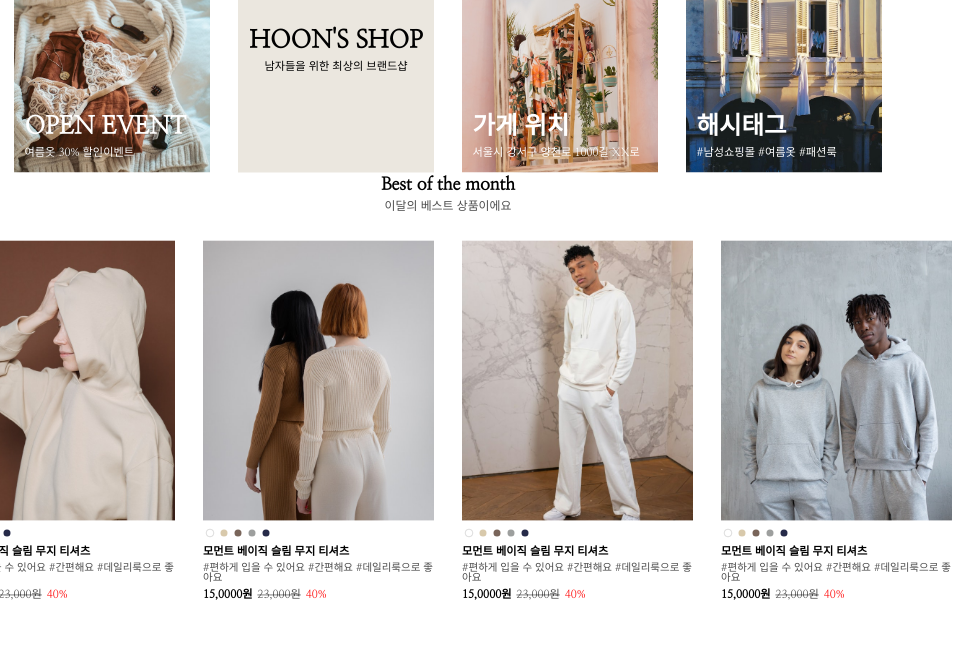
Repository: Iimchaehoon/cafeProject
Page: src/index.html
These files come from the project's save history. The page is drawn as it stood at one moment and after the next save; the edit follows.
The browser window is 1280 px wide. The page is 1380 px wide, then 1280 px, then 1380 px, so the pictures cover 1380 px, including what lies to the right of the window. The pictures show the part of the page from y = 828 to 2588 px (the page is 1762 px tall before and 3140 px after), at 70% of full size.
Some web libraries are served in a nearby version.

Above is the page before, as saved 2024-07-24 23:15:11.

### src/index.html
<!DOCTYPE html>
<html lang="en">
  <head>
    <meta charset="UTF-8" />
    <meta name="viewport" content="width=device-width, initial-scale=1.0" />
    <link rel="shortcut icon" href="/assets/cafefav.png" type="image/x-icon" />

    <link rel="stylesheet" href="/src/css/pages/main.css" />
    <title>cafe24_clone</title>
    <script
      src="https://kit.fontawesome.com/1e606f2a97.js"
      crossorigin="anonymous"
    ></script>
  </head>
  <body>
    <!--header-->
    <header class="header">
      <div class="header__top">
        <nav class="header__nav-box">
          <ul class="header__list-box">
            <li class="header__content">BRAND</li>
            <li class="header__content">EVENT</li>
            <li class="header__content">LOOKBOOK</li>
            <li class="header__content">COMMUNITY</li>
          </ul>
        </nav>
        <h1 class="header__title">HOON'S SHOP</h1>
        <ul class="header__menu">
          <li class="header__content">
            <i class="fa-solid fa-magnifying-glass fa-lg"></i>
          </li>
          <li class="header__content header__content--badge-price">
            <div class="header__price-badge"><span>+2,000P</span></div>
            <i class="fa-regular fa-user fa-lg"></i>
          </li>
          <li class="header__content header__content--badge-box">
            <div class="header__cart-badge"><span>2</span></div>
            <i class="fa-solid fa-cart-shopping fa-lg"></i>
          </li>
          <li class="header__content">
            <i class="fa-solid fa-bars fa-lg"></i>
          </li>
        </ul>
      </div>

      <div class="header__bottom">
        <ul class="header__category">
          <li class="header__content">BEST</li>
          <li class="header__content">NEW5%</li>
          <li class="header__content">1+1</li>
          <li class="header__content">OUTER</li>
          <li class="header__content">TOP</li>
          <li class="header__content">SHIRTS</li>
          <li class="header__content">DRESS</li>
          <li class="header__content">PANTS</li>
          <li class="header__content">ACC</li>
        </ul>
      </div>
    </header>
    <!-- main  -->
    <main class="main">
      <section class="main__slider">
        <h2 class="main__slider-title">MAN'S CLOTHES</h2>
        <span class="main__slider-btn"
          ><i class="fa-solid fa-chevron-left fa-xl"></i
        ></span>

        <div class="main__slider-container">
          <span class="main__slider-text">STYLE IN EVERY DAY</span>
          <div class="main__slider-image-container">
            <img
              class="main__slider-image"
              src="/assets/main-slider.jpg"
              alt="main-slider_img"
            />
          </div>
          <span class="main__slider-text">FOR SPRING SET-UP</span>
        </div>

        <span class="main__slider-btn"
          ><i class="fa-solid fa-chevron-right fa-xl"></i
        ></span>
        <div class="main__progress-bar">
          <div
            class="main__progress-bar-item main__progress-bar-item--visible"
          ></div>
          <div
            class="main__progress-bar-item main__progress-bar-item--invisible"
          ></div>
          <div
            class="main__progress-bar-item main__progress-bar-item--invisible"
          ></div>
        </div>
      </section>
    </main>
    <!-- section -->
    <section class="main__introduction">
      <div class="main__intro-container-img">
        <img class="main__intro-image" src="/assets/intro-01.jpg" alt="" />
        <div class="main__intro-text-container">
          <h2 class="main__intro-title">OPEN EVENT</h2>
          <span class="main__intro-description">여름옷 30% 할인이벤트</span>
        </div>
      </div>
      <div class="main__intro-container">
        <h2 class="main__intro-title main__intro-title-black">HOON'S SHOP</h2>
        <span class="main__intro-description main__intro-description-black"
          >남자들을 위한 최상의 브랜드샵</span
        >
      </div>
      <div class="main__intro-container-img">
        <img class="main__intro-image" src="/assets/intro-02.jpg" alt="" />

        <div class="main__intro-text-container">
          <h2 class="main__intro-title">가게 위치</h2>
          <span class="main__intro-description"
            >서울시 강서구 양천로 1000길 XX로</span
          >
        </div>
      </div>
      <div class="main__intro-container-img">
        <img class="main__intro-image" src="/assets/intro-03.jpg" alt="" />

        <div class="main__intro-text-container">
          <h2 class="main__intro-title">해시태그</h2>
          <span class="main__intro-description"
            >#남성쇼핑몰 #여름옷 #패션룩</span
          >
        </div>
      </div>
    </section>
    <!-- section2 -->
    <section class="main__month-best">
      <h3 class="main__best-title">Best of the month</h3>
      <span class="main__best-sub-title">이달의 베스트 상품이에요</span>
      <div class="main__best-sub-container">
        <article class="main__best-article">
          <div class="main__article-img-container">
            <img class="main__article-img" src="/assets/best-01.jpg" />
          </div>
          <div class="main__article-container">
            <div
              class="main__article-color-item main__article-color-item--01"
            ></div>
            <div
              class="main__article-color-item main__article-color-item--02"
            ></div>
            <div
              class="main__article-color-item main__article-color-item--03"
            ></div>
            <div
              class="main__article-color-item main__article-color-item--04"
            ></div>
            <div
              class="main__article-color-item main__article-color-item--05"
            ></div>
          </div>
          <div class="main__article-container">
            <h4 class="main__article-product-name">
              모먼트 베이직 슬림 무지 티셔츠
            </h4>
          </div>
          <div class="main__article-container">
            <span class="main__article-product-description">
              #편하게 입을 수 있어요 #간편해요 #데일리룩으로 좋아요
            </span>
          </div>
          <div class="main__article-container">
            <span class="main__article-total-price">15,0000원</span>
            <small class="main__article-previous-price">23,000원</small>
            <span class="main__article-discount-rate">40%</span>
          </div>
        </article>
        <article class="main__best-article">
          <div class="main__article-img-container">
            <img class="main__article-img" src="/assets/best-02.jpg" />
          </div>
          <div class="main__article-container">
            <div
              class="main__article-color-item main__article-color-item--01"
            ></div>
            <div
              class="main__article-color-item main__article-color-item--02"
            ></div>
            <div
              class="main__article-color-item main__article-color-item--03"
            ></div>
            <div
              class="main__article-color-item main__article-color-item--04"
            ></div>
            <div
              class="main__article-color-item main__article-color-item--05"
            ></div>
          </div>
          <div class="main__article-container">
            <h4 class="main__article-product-name">
              모먼트 베이직 슬림 무지 티셔츠
            </h4>
          </div>
          <div class="main__article-container">
            <span class="main__article-product-description">
              #편하게 입을 수 있어요 #간편해요 #데일리룩으로 좋아요
            </span>
          </div>
          <div class="main__article-container">
            <span class="main__article-total-price">15,0000원</span>
            <small class="main__article-previous-price">23,000원</small>
            <span class="main__article-discount-rate">40%</span>
          </div>
        </article>
        <article class="main__best-article">
          <div class="main__article-img-container">
            <img class="main__article-img" src="/assets/best-04.jpg" />
          </div>
          <div class="main__article-container">
            <div
              class="main__article-color-item main__article-color-item--01"
            ></div>
            <div
              class="main__article-color-item main__article-color-item--02"
            ></div>
            <div
              class="main__article-color-item main__article-color-item--03"
            ></div>
            <div
              class="main__article-color-item main__article-color-item--04"
            ></div>
            <div
              class="main__article-color-item main__article-color-item--05"
            ></div>
          </div>
          <div class="main__article-container">
            <h4 class="main__article-product-name">
              모먼트 베이직 슬림 무지 티셔츠
            </h4>
          </div>
          <div class="main__article-container">
            <span class="main__article-product-description">
              #편하게 입을 수 있어요 #간편해요 #데일리룩으로 좋아요
            </span>
          </div>
          <div class="main__article-container">
            <span class="main__article-total-price">15,0000원</span>
            <small class="main__article-previous-price">23,000원</small>
            <span class="main__article-discount-rate">40%</span>
          </div>
        </article>
        <article class="main__best-article">
          <div class="main__article-img-container">
            <img class="main__article-img" src="/assets/best-05.jpg" />
          </div>
          <div class="main__article-container">
            <div
              class="main__article-color-item main__article-color-item--01"
            ></div>
            <div
              class="main__article-color-item main__article-color-item--02"
            ></div>
            <div
              class="main__article-color-item main__article-color-item--03"
            ></div>
            <div
              class="main__article-color-item main__article-color-item--04"
            ></div>
            <div
              class="main__article-color-item main__article-color-item--05"
            ></div>
          </div>
          <div class="main__article-container">
            <h4 class="main__article-product-name">
              모먼트 베이직 슬림 무지 티셔츠
            </h4>
          </div>
          <div class="main__article-container">
            <span class="main__article-product-description">
              #편하게 입을 수 있어요 #간편해요 #데일리룩으로 좋아요
            </span>
          </div>
          <div class="main__article-container">
            <span class="main__article-total-price">15,0000원</span>
            <small class="main__article-previous-price">23,000원</small>
            <span class="main__article-discount-rate">40%</span>
          </div>
        </article>
      </div>
    </section>
  </body>
</html>

### src/css/pages/main.css
@import "../reset.css";
@import "../common.css";
@import "../components/header.css";
@import "../slider.css";
@import "../intro.css";
@import "../components/monthbest.css";

### src/css/common.css
@import url("https://fonts.googleapis.com/css2?family=Nanum+Gothic&family=Nanum+Myeongjo&display=swap");
body {
  font-family: "Nanum Myeongjo", serif;
  margin: 0;
  padding: 0;
  box-sizing: border-box;
}
ul {
  margin: 0;
}

### src/css/components/header.css
.header {
  height: 20vh;
}
.header__top {
  display: flex;
  justify-content: space-between;
  padding: 20px;
  border-bottom: 1px solid rgba(0, 0, 0, 0.2);
}
.header__nav-box {
  width: 33%;
}
.header__title {
  width: 33%;
  font-size: 35px;
  font-weight: 550;
  text-align: center;
}

.header__list-box {
  display: flex;

  height: 100%;
  align-items: center;
}
.header__menu {
  display: flex;
  align-items: center;
  justify-content: flex-end;

  width: 33%;
}
.header__content {
  margin: 0 20px;
}
/* 아래헤더 */
.header__category {
  display: flex;
  justify-content: center;
  padding: 20px 0;
}
.header__cart-badge {
  background-color: black;
  display: flex;
  justify-content: center;
  align-items: center;
  border-radius: 100%;
  width: 13px;
  height: 13px;
  padding: 2px;
  position: absolute;
  top: -13px;
  right: -13px;
}
.header__content--badge-box {
  position: relative;
}
.header__cart-badge span {
  color: white;
}
.header__content--badge-price {
  position: relative;
}
.header__price-badge {
  background-color: #d5d3cd;
  color: white;
  display: flex;
  justify-content: center;
  align-items: center;
  font-size: 13px;
  border-radius: 5px;
  padding: 2px 4px;
  position: absolute;
  left: 50%;
  transform: translateX(-50%);
  bottom: -20px;
}

### src/css/slider.css
.main__slider {
  display: flex;
  justify-content: space-between;
  align-items: center;
  padding: 30px;
  background-color: #6b6a68;
  position: relative;
  height: 80vh;
  box-sizing: border-box;
}

.main__slider-btn {
  transform: scale(1.5);
  color: white;
}

.main__slider-text {
  color: white;
  font-size: 25px;
  text-shadow: 1px 1px 5px black;
}

.main__slider-container {
  display: flex;
  flex-direction: column;
  align-items: center;
}
.main__slider-image-container {
  width: 300px;
  height: 400px;

  border-top-left-radius: 50%;
  border-top-right-radius: 50%;

  overflow: hidden;
  margin: 15px 0;
}
.main__slider-image {
  width: 100%;
  height: 100%;
  object-fit: cover;
}
.main__slider-title {
  color: white;
  font-weight: 600;
  font-size: 60px;
  text-shadow: 1px 1px 3px black;
  position: absolute;
  top: 50%;
  left: 50%;
  transform: translate(-50%, -50%);
}
.main__progress-bar {
  width: 150px;
  height: 3px;

  position: absolute;
  bottom: 20px;
  left: 50%;
  transform: translateX(-50%);
  display: flex;
}
.main__progress-bar-item {
  height: 100%;
  background-color: white;
  margin: 0 2px;
}
.main__progress-bar-item--visible {
  width: 50%;
}
.main__progress-bar-item--invisible {
  width: 25%;
  opacity: 0.5;
}

### src/css/intro.css
.main__introduction {
  display: flex;
  justify-content: center;
  align-items: center;
  height: 50vh;
}
.main__intro-container-img,
.main__intro-container {
  width: 350px;
  height: 350px;
  overflow: hidden;
  margin: 0 20px;
}
.main__intro-container {
  display: flex;
  flex-direction: column;
  justify-content: center;
  align-items: center;
  background-color: #ebe7df;
}
.main__intro-image {
  width: 100%;
  height: 100%;
  object-fit: cover;
}

.main__intro-container-img {
  position: relative;
}
.main__intro-text-container {
  position: absolute;
  bottom: 20px;
  left: 15px;
}
.main__intro-title {
  color: white;
  font-size: 35px;
  font-weight: 600;
  margin-bottom: 12px;
}
.main__intro-description {
  color: white;
}
.main__intro-title-black {
  color: black;
}
.main__intro-description-black {
  color: black;
}

### src/css/monthbest.css
.main__month-best {
  display: flex;
  flex-direction: column;
  align-items: center;
}
.main__best-title {
  font-size: 25px;
  font-weight: 600;
  margin-bottom: 10px;
}
.main__best-sub-title {
  font-size: 17px;
  color: rgba(0, 0, 0, 0.7);
}
.main__best-sub-container {
  display: flex;
  margin: 40px 0;
}
.main__best-article {
  width: 330px;
  height: 550px;
  overflow: hidden;
  margin: 0 20px;
}
.main__article-img-container {
  width: 100%;
  height: 400px;
}
.main__article-img {
  width: 100%;
  height: 100%;
  object-fit: cover;
}
.main__article-container {
  display: flex;
  margin: 8px 0;
}
.main__article-color-item {
  width: 10px;
  height: 10px;
  border-radius: 100%;

  margin: 5px;
}
.main__article-color-item--01 {
  outline: 1px solid rgba(0, 0, 0, 0.2);
}
.main__article-color-item--02 {
  background-color: #d8c9ab;
}
.main__article-color-item--03 {
  background-color: #79655a;
}
.main__article-color-item--04 {
  background-color: #9d9f9e;
}
.main__article-color-item--05 {
  background-color: #262a49;
}
.main__article-product-name {
  font-weight: 600;
}
.main__article-product-description {
  font-size: 15px;
  color: rgba(0, 0, 0, 0.7);
}
.main__article-total-price {
  font-weight: 600;
  margin-right: 7px;
}
.main__article-previous-price {
  color: rgba(0, 0, 0, 0.7);
  text-decoration: line-through;
  margin-right: 7px;
}
.main__article-discount-rate {
  color: red;
}

### src/css/components/product-list.css
.main__product-list {
  display: flex;
  flex-direction: column;
  align-items: center;
}
.main__product-list-title {
  font-size: 25px;
  font-weight: 600;
  margin-bottom: 10px;
}
.main__product-list-sub-title {
  font-size: 17px;
  color: rgba(0, 0, 0, 0.7);
}
.main__product-list-sub-container {
  display: flex;
  margin: 40px 0;
}
.main__product-list-article {
  width: 330px;
  height: 550px;
  overflow: hidden;
  margin: 0 20px;
}
.main__article-img-container {
  width: 100%;
  height: 400px;
}
.main__article-img {
  width: 100%;
  height: 100%;
  object-fit: cover;
}
.main__article-container {
  display: flex;
  margin: 8px 0;
}
.main__article-color-item {
  width: 10px;
  height: 10px;
  border-radius: 100%;

  margin: 5px;
}
.main__article-color-item--01 {
  outline: 1px solid rgba(0, 0, 0, 0.2);
}
.main__article-color-item--02 {
  background-color: #d8c9ab;
}
.main__article-color-item--03 {
  background-color: #79655a;
}
.main__article-color-item--04 {
  background-color: #9d9f9e;
}
.main__article-color-item--05 {
  background-color: #262a49;
}
.main__article-product-name {
  font-weight: 600;
}
.main__article-product-description {
  font-size: 15px;
  color: rgba(0, 0, 0, 0.7);
}
.main__article-total-price {
  font-weight: 600;
  margin-right: 7px;
}
.main__article-previous-price {
  color: rgba(0, 0, 0, 0.7);
  text-decoration: line-through;
  margin-right: 7px;
}
.main__article-discount-rate {
  color: red;
}

Loaded but not shown: src/css/reset.css (common file)

After the next save:
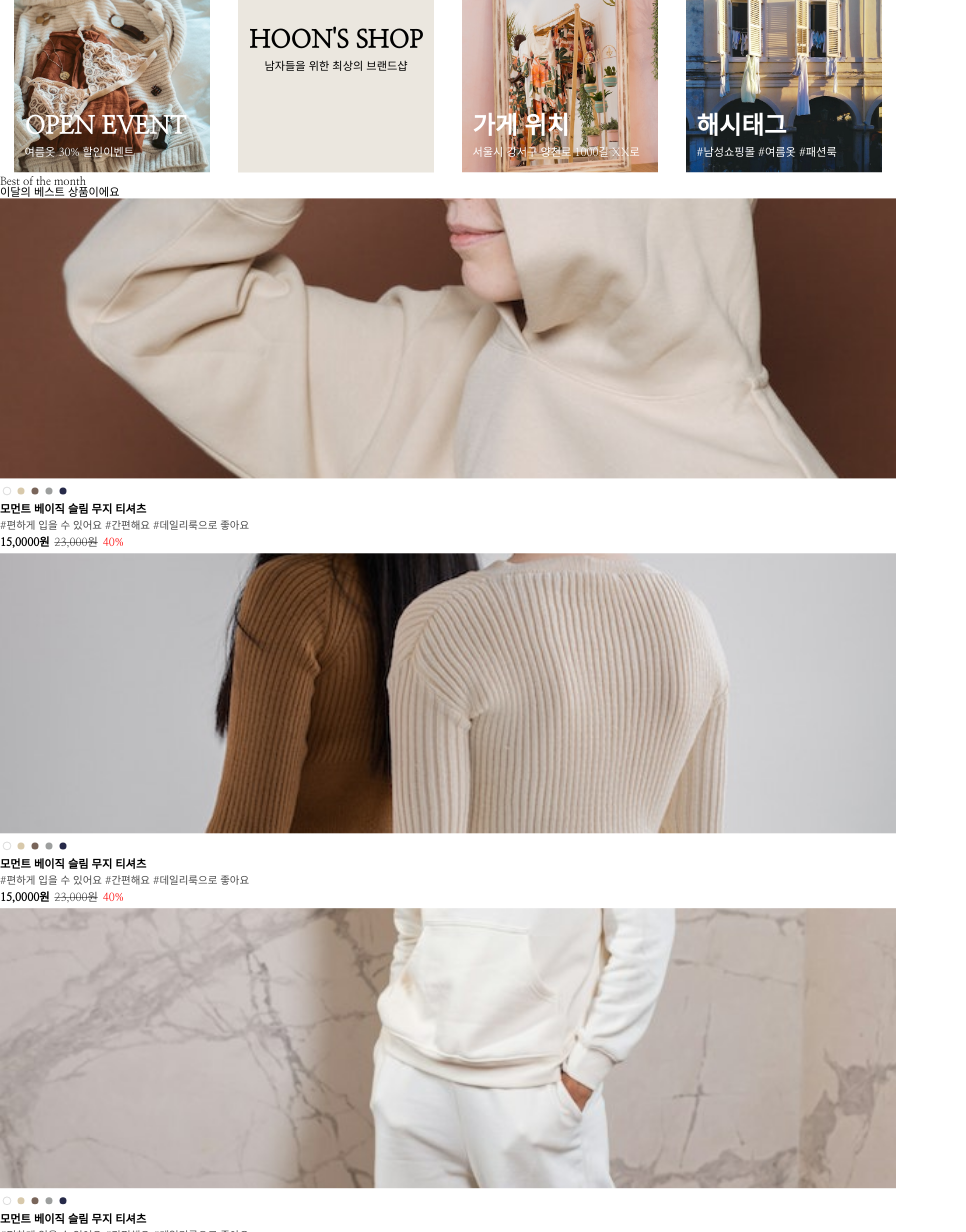
Saved 2 s later.
--- a/src/index.html
+++ b/src/index.html
@@ -130,11 +130,11 @@
       </div>
     </section>
     <!-- section2 -->
-    <section class="main__month-best">
-      <h3 class="main__best-title">Best of the month</h3>
-      <span class="main__best-sub-title">이달의 베스트 상품이에요</span>
-      <div class="main__best-sub-container">
-        <article class="main__best-article">
+    <section class="main__product-list">
+      <h3 class="main__product-list-title">Best of the month</h3>
+      <span class="main__product-list-sub-title">이달의 베스트 상품이에요</span>
+      <div class="main__product-list-sub-container">
+        <article class="main__product-list-article">
           <div class="main__article-img-container">
             <img class="main__article-img" src="/assets/best-01.jpg" />
           </div>
@@ -171,7 +171,7 @@
             <span class="main__article-discount-rate">40%</span>
           </div>
         </article>
-        <article class="main__best-article">
+        <article class="main__product-list-article">
           <div class="main__article-img-container">
             <img class="main__article-img" src="/assets/best-02.jpg" />
           </div>
@@ -208,7 +208,7 @@
             <span class="main__article-discount-rate">40%</span>
           </div>
         </article>
-        <article class="main__best-article">
+        <article class="main__product-list-article">
           <div class="main__article-img-container">
             <img class="main__article-img" src="/assets/best-04.jpg" />
           </div>
@@ -245,7 +245,7 @@
             <span class="main__article-discount-rate">40%</span>
           </div>
         </article>
-        <article class="main__best-article">
+        <article class="main__product-list-article">
           <div class="main__article-img-container">
             <img class="main__article-img" src="/assets/best-05.jpg" />
           </div>

After the save that followed:
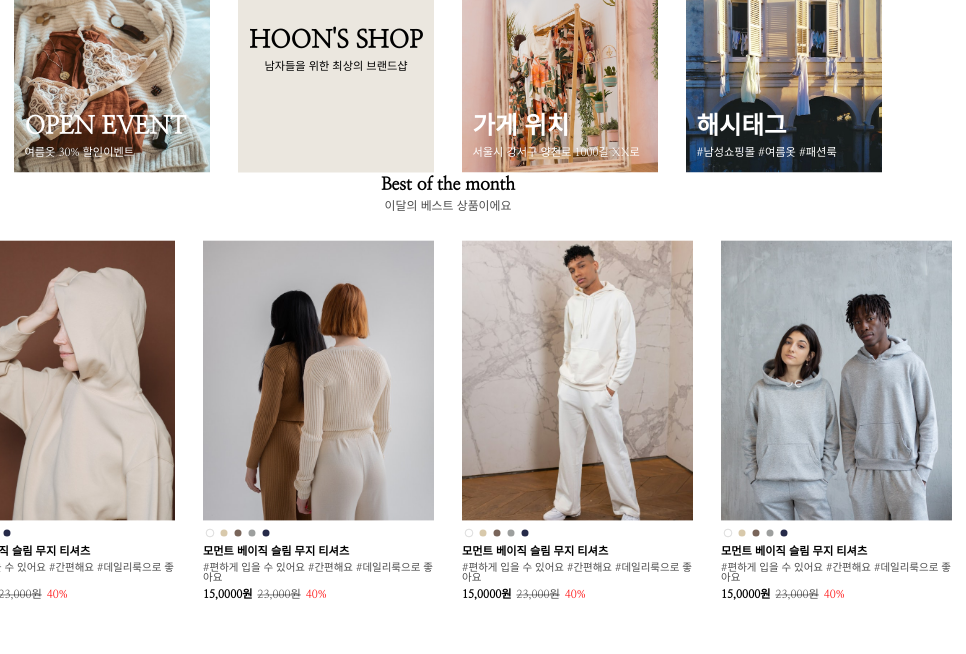
Saved 21 s later.
--- a/src/css/pages/main.css
+++ b/src/css/pages/main.css
@@ -3,4 +3,4 @@
 @import "../components/header.css";
 @import "../slider.css";
 @import "../intro.css";
-@import "../components/monthbest.css";
+@import "../components/product-list.css";
